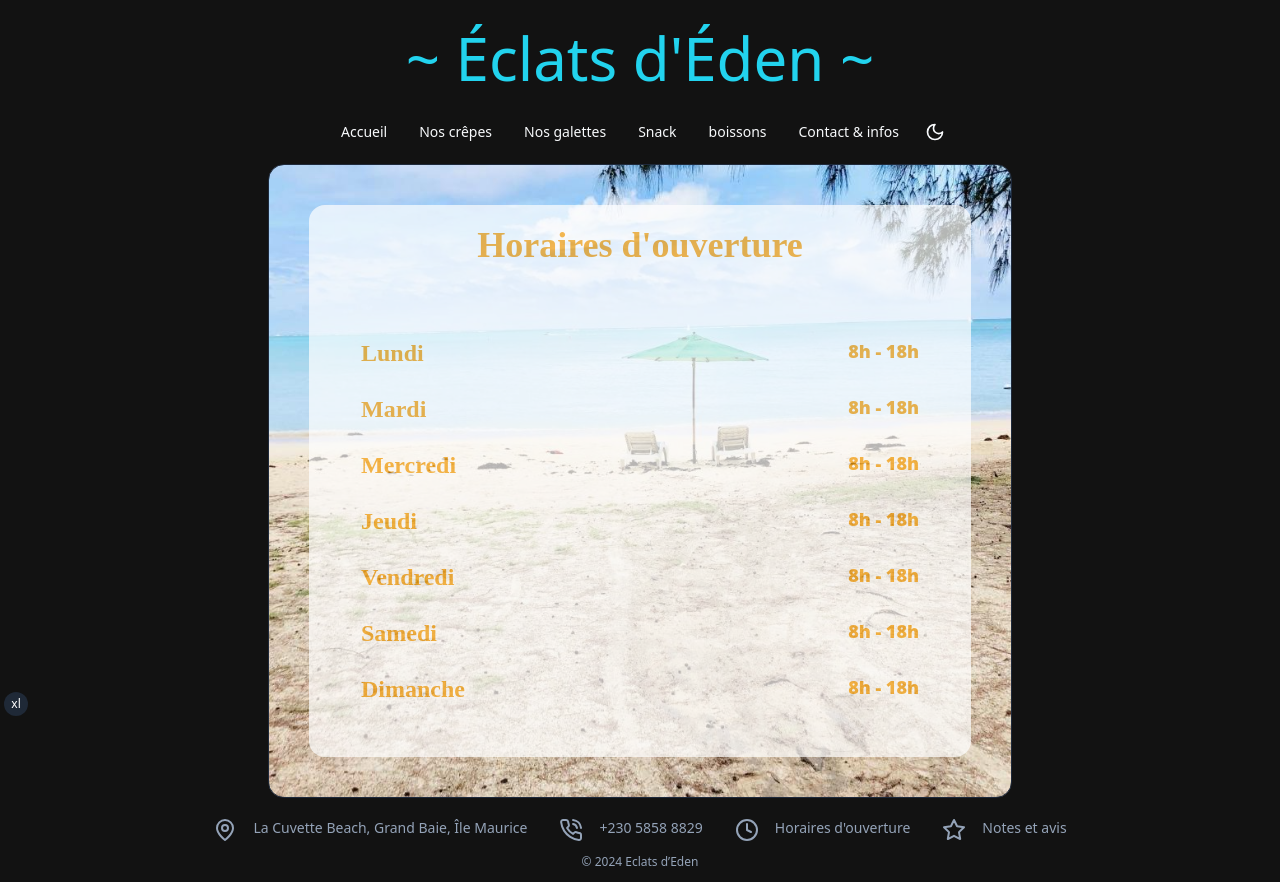
Repository: jeffMauritius/eclats-deden
Page: /schedule
An editor plug-in stored every save of this project. The page is shown before and after the next save, followed by the edit.
The browser window is 1280 px wide. The pictures show the whole page.
The project was rebuilt for these pictures with package versions that can differ from the ones it lists, and the page was loaded fresh each time. The framework's server and built-in components were replaced by stand-ins that run in the browser. Also part of the build but not shown: next.config.mjs.

Above is the page before, as saved 2024-08-30 11:35:59.

After the next save:
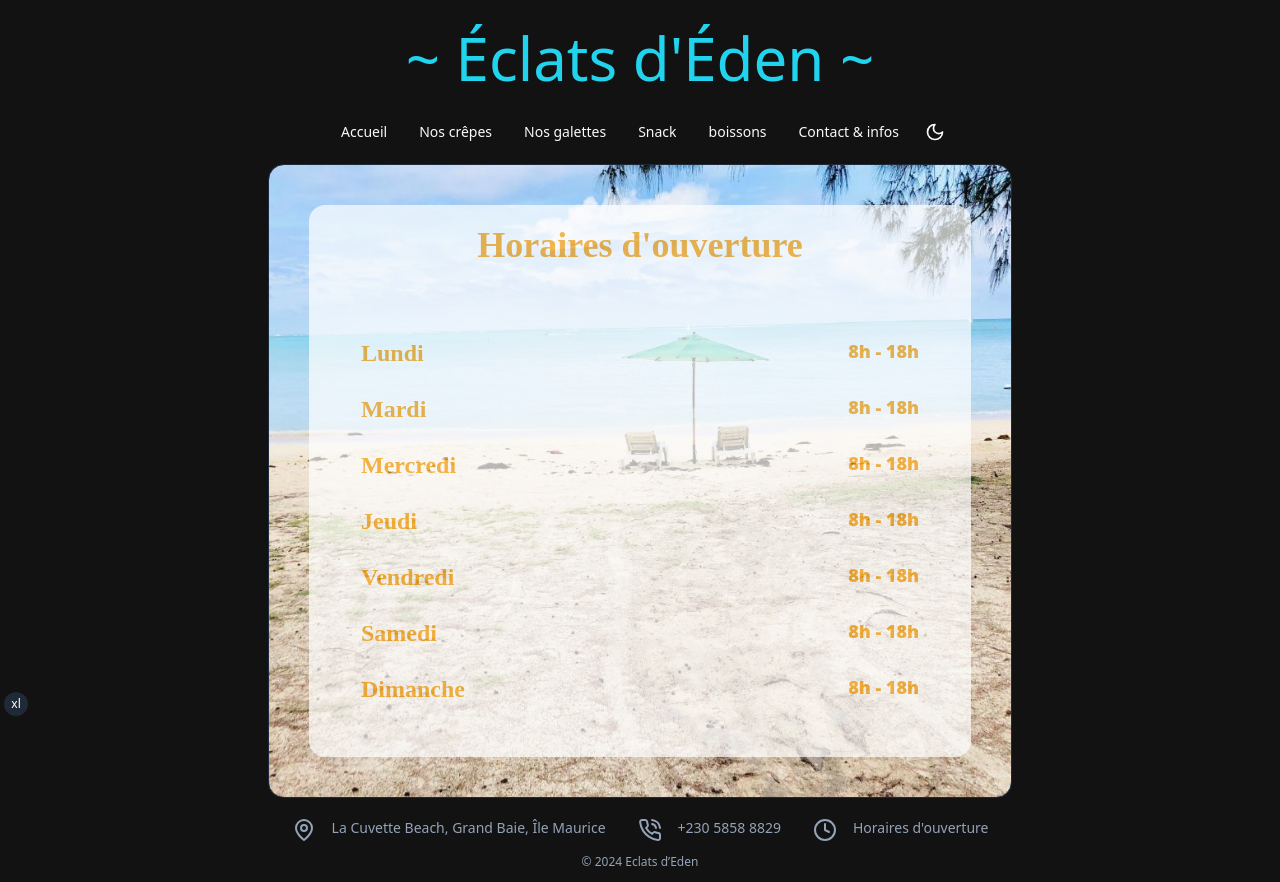
Saved 21 days later.
--- a/src/components/layout/Footer.tsx
+++ b/src/components/layout/Footer.tsx
@@ -3,7 +3,6 @@ import { Typography } from "../ui/typography"
 import { MapPin } from "lucide-react"
 import { PhoneCall } from "lucide-react"
 import { Clock } from "lucide-react"
-import { Star } from "lucide-react"
 
 export const Footer = () => {
   return (
@@ -25,10 +24,6 @@ export const Footer = () => {
               <Clock />
               <p className="hidden md:block">{`Horaires d'ouverture`}</p>
             </Link>
-            <Link className="flex hover:underline md:gap-4" href="/reviews">
-              <Star />
-              <p className="hidden md:block">Notes et avis</p>
-            </Link>
           </div>
         </div>
         <div className="flex w-full items-center justify-center py-3">
